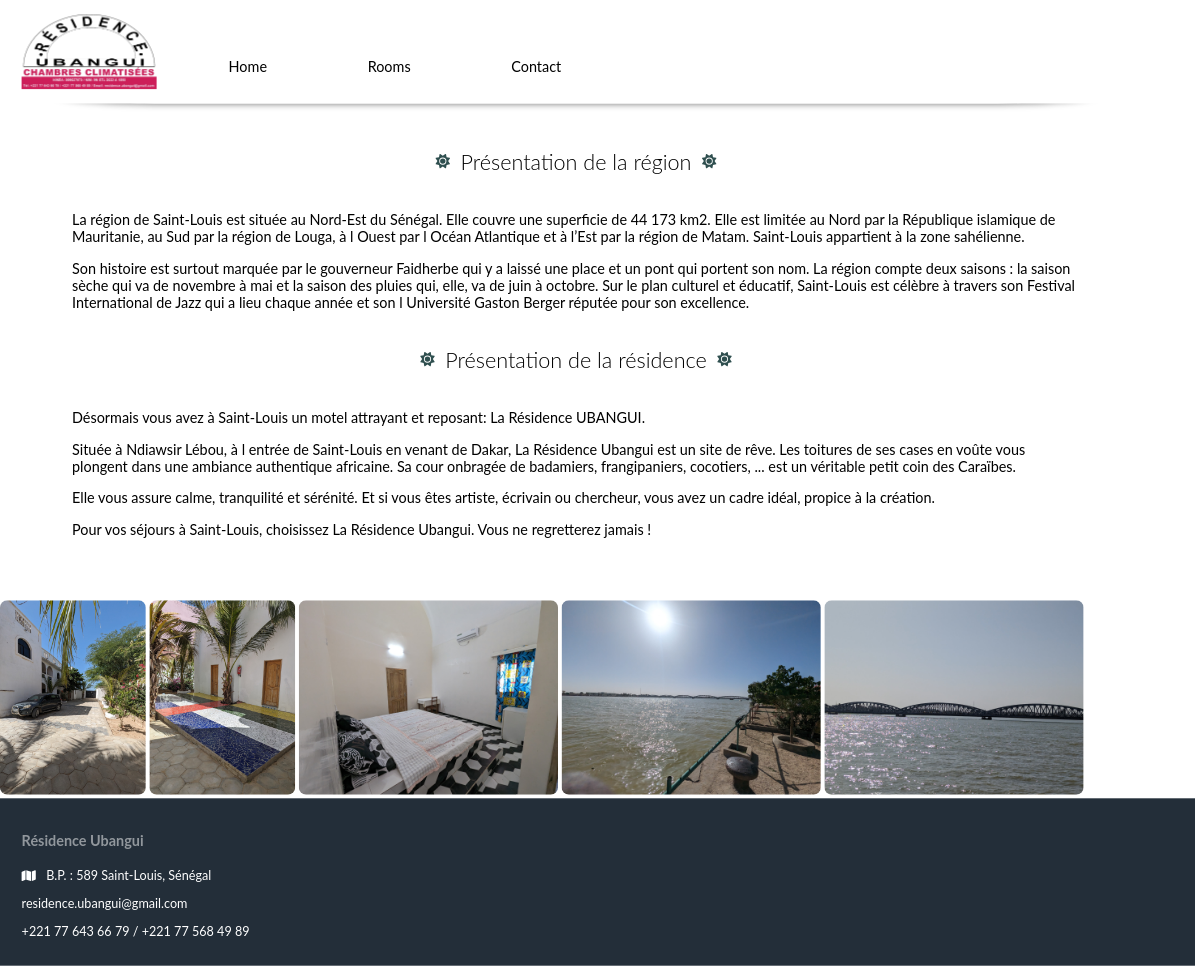
Repository: Nedjim/ubangui
Page: /
The author's editor kept a copy of each file at every save. The page is drawn from the files as they stood at one save, then again after the next save.
The browser window is 1280 px wide. The page is 1328 px wide, so the pictures cover 1328 px, including what lies to the right of the window. The pictures show the whole page, at 90% of full size.
The project was rebuilt for these pictures with package versions that can differ from the ones it lists, and the page was loaded fresh each time. The framework's server and built-in components were replaced by stand-ins that run in the browser. Also part of the build but not shown: nuxt.config.ts, components/Test.vue, components/Title.vue.

Above is the page before, as saved 2024-01-12 15:57:04.

After the next save:
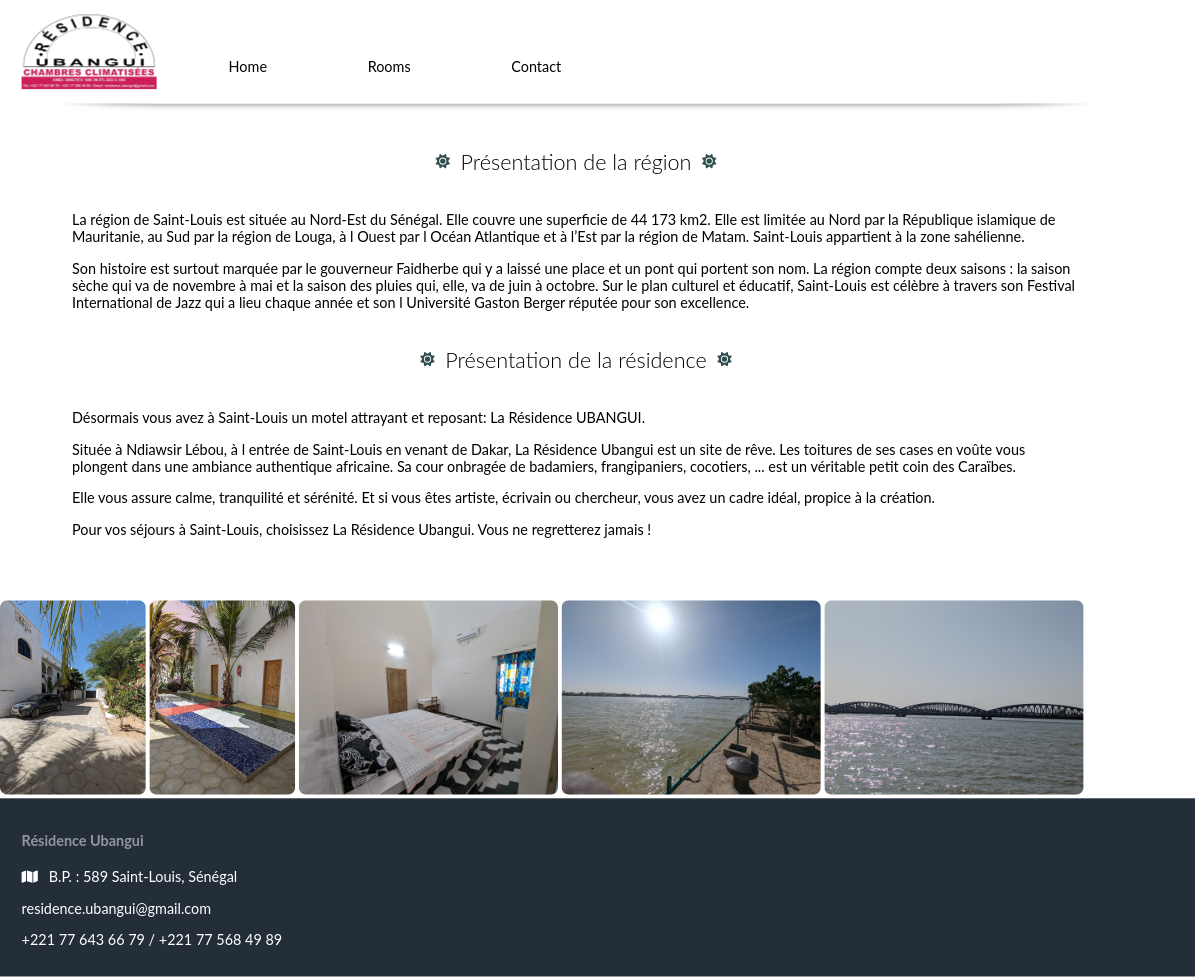
Saved 17 s later.
--- a/components/Footer.vue
+++ b/components/Footer.vue
@@ -30,8 +30,6 @@
 
   .contact {
     color: white;
-    font-size: 14px;
-
     .icon {
       margin-right: 8px;
     }

After the save that followed:
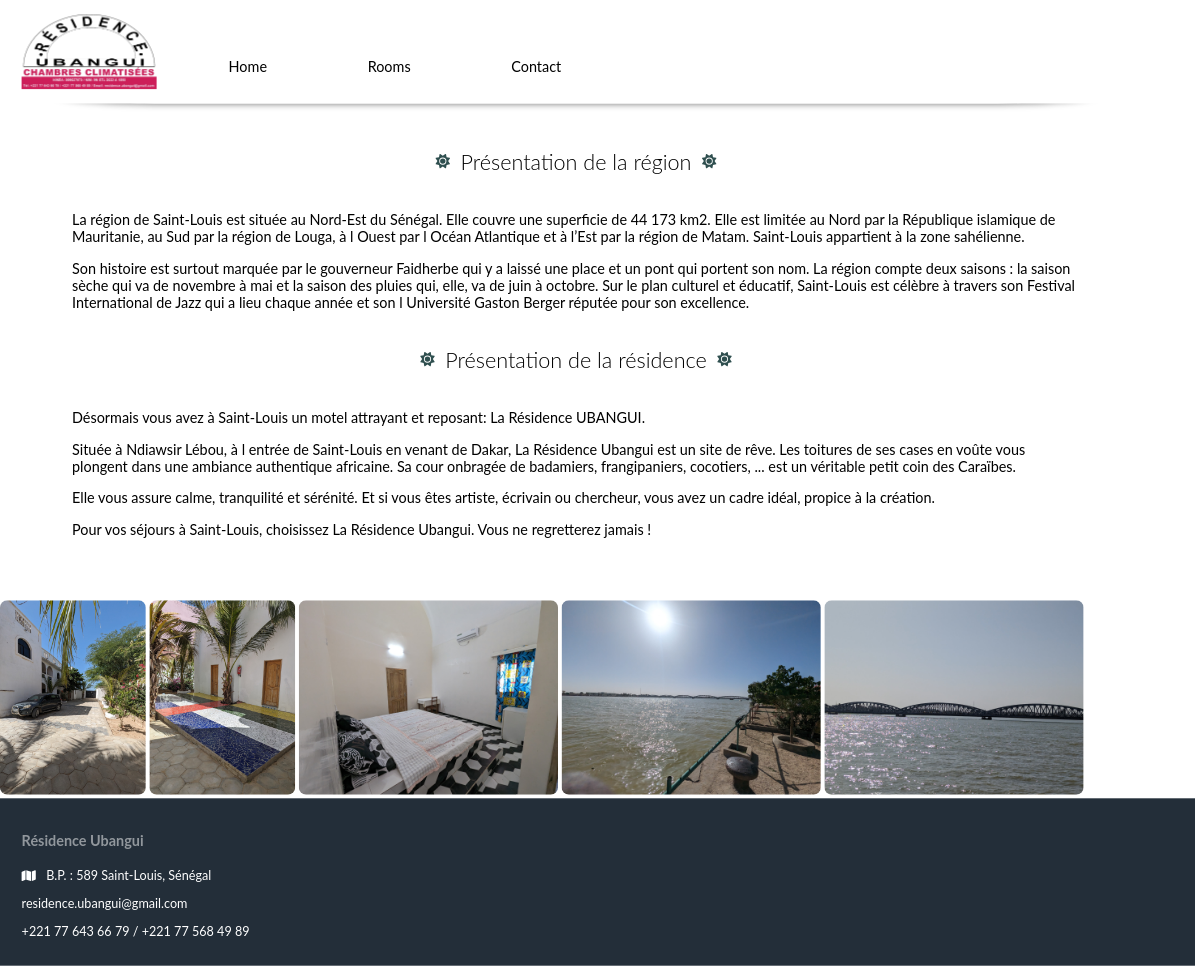
Saved 26 s later.
--- a/components/Footer.vue
+++ b/components/Footer.vue
@@ -30,6 +30,8 @@
 
   .contact {
     color: white;
+    font-size: 14px;
+
     .icon {
       margin-right: 8px;
     }
